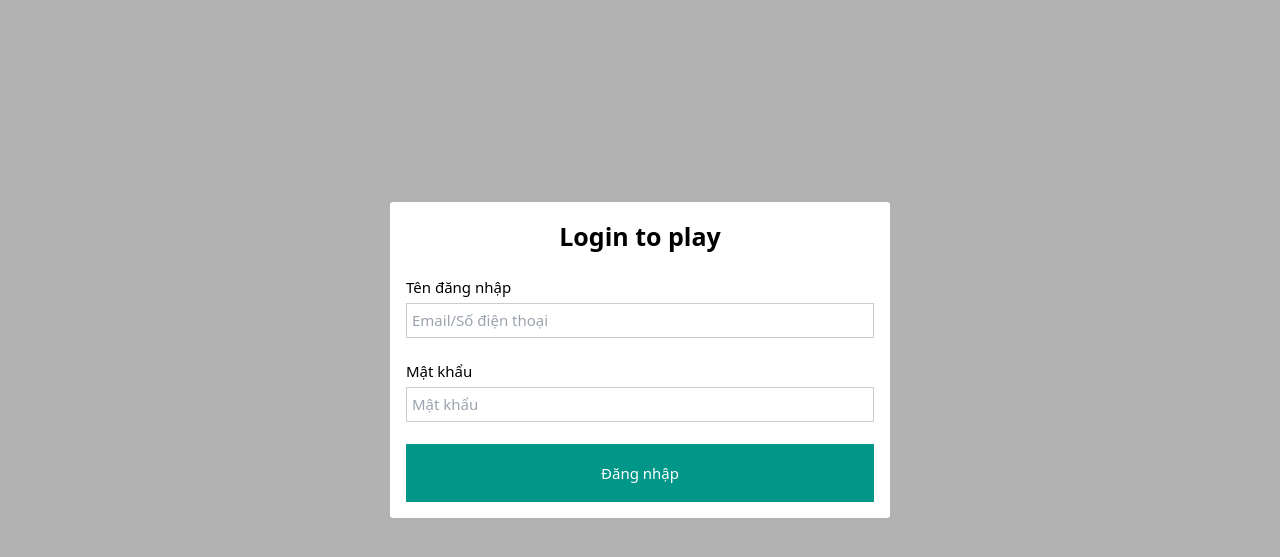
Repository: Teddy1705/demo_pj
Page: /
The author's editor kept a copy of each file at every save. The page is drawn from the files as they stood at one save, then again after a run of saves.
The browser window is 1280 px wide. The pictures show the whole page.
The project was rebuilt for these pictures with package versions that can differ from the ones it lists, and the page was loaded fresh each time. Also part of the build but not shown: vite.config.js.

Above is the page before, as saved 2024-04-16 10:03:25.

### index.html
<!DOCTYPE html>
<html lang="en">
  <head>
    <meta charset="UTF-8" />
    <link rel="icon" type="image/svg+xml" href="/vite.svg" />
    <meta name="viewport" content="width=device-width, initial-scale=1.0" />
    <title>Tic Tac Toe</title>
    <link rel="stylesheet" href="./src/index.css" />
  </head>
  <body>
    <div id="root"></div>
    <script type="module" src="/src/main.jsx"></script>
  </body>
</html>

### src/index.css
:root {
  --white-color: #fff;
  --black-color: #000;
}

/*
1. Prevent padding and border from affecting element width. (https://github.com/mozdevs/cssremedy/issues/4)
2. Allow adding a border to an element by just adding a border-width. (https://github.com/tailwindcss/tailwindcss/pull/116)
*/

*,
::before,
::after {
  box-sizing: border-box;
  /* 1 */
  border-width: 0;
  /* 2 */
  border-style: solid;
  /* 2 */
  border-color: #e5e7eb;
  /* 2 */
}

::before,
::after {
  --tw-content: "";
}

/*
1. Use a consistent sensible line-height in all browsers.
2. Prevent adjustments of font size after orientation changes in iOS.
3. Use a more readable tab size.
4. Use the user's configured `sans` font-family by default.
5. Use the user's configured `sans` font-feature-settings by default.
6. Use the user's configured `sans` font-variation-settings by default.
7. Disable tap highlights on iOS
*/

html,
:host {
  line-height: 1.5;
  /* 1 */
  -webkit-text-size-adjust: 100%;
  /* 2 */
  -moz-tab-size: 4;
  /* 3 */
  -o-tab-size: 4;
  tab-size: 4;
  /* 3 */
  font-family: ui-sans-serif, system-ui, sans-serif, "Apple Color Emoji",
    "Segoe UI Emoji", "Segoe UI Symbol", "Noto Color Emoji";
  /* 4 */
  font-feature-settings: normal;
  /* 5 */
  font-variation-settings: normal;
  /* 6 */
  -webkit-tap-highlight-color: transparent;
  /* 7 */
}

/*
1. Remove the margin in all browsers.
2. Inherit line-height from `html` so users can set them as a class directly on the `html` element.
*/

body {
  margin: 0;
  /* 1 */
  line-height: inherit;
  /* 2 */
}

/*
1. Add the correct height in Firefox.
2. Correct the inheritance of border color in Firefox. (https://bugzilla.mozilla.org/show_bug.cgi?id=190655)
3. Ensure horizontal rules are visible by default.
*/

hr {
  height: 0;
  /* 1 */
  color: inherit;
  /* 2 */
  border-top-width: 1px;
  /* 3 */
}

/*
Add the correct text decoration in Chrome, Edge, and Safari.
*/

abbr:where([title]) {
  -webkit-text-decoration: underline dotted;
  text-decoration: underline dotted;
}

/*
Remove the default font size and weight for headings.
*/

h1,
h2,
h3,
h4,
h5,
h6 {
  font-size: inherit;
  font-weight: inherit;
}

/*
Reset links to optimize for opt-in styling instead of opt-out.
*/

a {
  color: inherit;
  text-decoration: inherit;
}

/*
Add the correct font weight in Edge and Safari.
*/

b,
strong {
  font-weight: bolder;
}

/*
1. Use the user's configured `mono` font-family by default.
2. Use the user's configured `mono` font-feature-settings by default.
3. Use the user's configured `mono` font-variation-settings by default.
4. Correct the odd `em` font sizing in all browsers.
*/

code,
kbd,
samp,
pre {
  font-family: ui-monospace, SFMono-Regular, Menlo, Monaco, Consolas,
    "Liberation Mono", "Courier New", monospace;
  /* 1 */
  font-feature-settings: normal;
  /* 2 */
  font-variation-settings: normal;
  /* 3 */
  font-size: 1em;
  /* 4 */
}

/*
Add the correct font size in all browsers.
*/

small {
  font-size: 80%;
}

/*
Prevent `sub` and `sup` elements from affecting the line height in all browsers.
*/

sub,
sup {
  font-size: 75%;
  line-height: 0;
  position: relative;
  vertical-align: baseline;
}

sub {
  bottom: -0.25em;
}

sup {
  top: -0.5em;
}

/*
1. Remove text indentation from table contents in Chrome and Safari. (https://bugs.chromium.org/p/chromium/issues/detail?id=999088, https://bugs.webkit.org/show_bug.cgi?id=201297)
2. Correct table border color inheritance in all Chrome and Safari. (https://bugs.chromium.org/p/chromium/issues/detail?id=935729, https://bugs.webkit.org/show_bug.cgi?id=195016)
3. Remove gaps between table borders by default.
*/

table {
  text-indent: 0;
  /* 1 */
  border-color: inherit;
  /* 2 */
  border-collapse: collapse;
  /* 3 */
}

/*
1. Change the font styles in all browsers.
2. Remove the margin in Firefox and Safari.
3. Remove default padding in all browsers.
*/

button,
input,
optgroup,
select,
textarea {
  font-family: inherit;
  /* 1 */
  font-feature-settings: inherit;
  /* 1 */
  font-variation-settings: inherit;
  /* 1 */
  font-size: 100%;
  /* 1 */
  font-weight: inherit;
  /* 1 */
  line-height: inherit;
  /* 1 */
  letter-spacing: inherit;
  /* 1 */
  color: inherit;
  /* 1 */
  margin: 0;
  /* 2 */
  padding: 0;
  /* 3 */
}

/*
Remove the inheritance of text transform in Edge and Firefox.
*/

button,
select {
  text-transform: none;
}

/*
1. Correct the inability to style clickable types in iOS and Safari.
2. Remove default button styles.
*/

button,
input:where([type="button"]),
input:where([type="reset"]),
input:where([type="submit"]) {
  -webkit-appearance: button;
  /* 1 */
  background-color: transparent;
  /* 2 */
  background-image: none;
  /* 2 */
}

/*
Use the modern Firefox focus style for all focusable elements.
*/

:-moz-focusring {
  outline: auto;
}

/*
Remove the additional `:invalid` styles in Firefox. (https://github.com/mozilla/gecko-dev/blob/2f9eacd9d3d995c937b4251a5557d95d494c9be1/layout/style/res/forms.css#L728-L737)
*/

:-moz-ui-invalid {
  box-shadow: none;
}

/*
Add the correct vertical alignment in Chrome and Firefox.
*/

progress {
  vertical-align: baseline;
}

/*
Correct the cursor style of increment and decrement buttons in Safari.
*/

::-webkit-inner-spin-button,
::-webkit-outer-spin-button {
  height: auto;
}

/*
1. Correct the odd appearance in Chrome and Safari.
2. Correct the outline style in Safari.
*/

[type="search"] {
  -webkit-appearance: textfield;
  /* 1 */
  outline-offset: -2px;
  /* 2 */
}

/*
Remove the inner padding in Chrome and Safari on macOS.
*/

::-webkit-search-decoration {
  -webkit-appearance: none;
}

/*
1. Correct the inability to style clickable types in iOS and Safari.
2. Change font properties to `inherit` in Safari.
*/

::-webkit-file-upload-button {
  -webkit-appearance: button;
  /* 1 */
  font: inherit;
  /* 2 */
}

/*
Add the correct display in Chrome and Safari.
*/

summary {
  display: list-item;
}

/*
Removes the default spacing and border for appropriate elements.
*/

blockquote,
dl,
dd,
h1,
h2,
h3,
h4,
h5,
h6,
hr,
figure,
p,
pre {
  margin: 0;
}

fieldset {
  margin: 0;
  padding: 0;
}

legend {
  padding: 0;
}

ol,
ul,
menu {
  list-style: none;
  margin: 0;
  padding: 0;
}

/*
Reset default styling for dialogs.
*/

dialog {
  padding: 0;
}

/*
Prevent resizing textareas horizontally by default.
*/

textarea {
  resize: vertical;
}

/*
1. Reset the default placeholder opacity in Firefox. (https://github.com/tailwindlabs/tailwindcss/issues/3300)
2. Set the default placeholder color to the user's configured gray 400 color.
*/

input::-moz-placeholder,
textarea::-moz-placeholder {
  opacity: 1;
  /* 1 */
  color: #9ca3af;
  /* 2 */
}

input::placeholder,
textarea::placeholder {
  opacity: 1;
  /* 1 */
  color: #9ca3af;
  /* 2 */
}

/*
Set the default cursor for buttons.
*/

button,
[role="button"] {
  cursor: pointer;
}

/*
Make sure disabled buttons don't get the pointer cursor.
*/

:disabled {
  cursor: default;
}

/*
1. Make replaced elements `display: block` by default. (https://github.com/mozdevs/cssremedy/issues/14)
2. Add `vertical-align: middle` to align replaced elements more sensibly by default. (https://github.com/jensimmons/cssremedy/issues/14#issuecomment-634934210)
   This can trigger a poorly considered lint error in some tools but is included by design.
*/

img,
svg,
video,
canvas,
audio,
iframe,
embed,
object {
  display: block;
  /* 1 */
  vertical-align: middle;
  /* 2 */
}

/*
Constrain images and videos to the parent width and preserve their intrinsic aspect ratio. (https://github.com/mozdevs/cssremedy/issues/14)
*/

img,
video {
  max-width: 100%;
  height: auto;
}

/* Make elements with the HTML hidden attribute stay hidden by default */

[hidden] {
  display: none;
}

*,
::before,
::after {
  --tw-border-spacing-x: 0;
  --tw-border-spacing-y: 0;
  --tw-translate-x: 0;
  --tw-translate-y: 0;
  --tw-rotate: 0;
  --tw-skew-x: 0;
  --tw-skew-y: 0;
  --tw-scale-x: 1;
  --tw-scale-y: 1;
  --tw-pan-x: ;
  --tw-pan-y: ;
  --tw-pinch-zoom: ;
  --tw-scroll-snap-strictness: proximity;
  --tw-gradient-from-position: ;
  --tw-gradient-via-position: ;
  --tw-gradient-to-position: ;
  --tw-ordinal: ;
  --tw-slashed-zero: ;
  --tw-numeric-figure: ;
  --tw-numeric-spacing: ;
  --tw-numeric-fraction: ;
  --tw-ring-inset: ;
  --tw-ring-offset-width: 0px;
  --tw-ring-offset-color: #fff;
  --tw-ring-color: rgb(59 130 246 / 0.5);
  --tw-ring-offset-shadow: 0 0 #0000;
  --tw-ring-shadow: 0 0 #0000;
  --tw-shadow: 0 0 #0000;
  --tw-shadow-colored: 0 0 #0000;
  --tw-blur: ;
  --tw-brightness: ;
  --tw-contrast: ;
  --tw-grayscale: ;
  --tw-hue-rotate: ;
  --tw-invert: ;
  --tw-saturate: ;
  --tw-sepia: ;
  --tw-drop-shadow: ;
  --tw-backdrop-blur: ;
  --tw-backdrop-brightness: ;
  --tw-backdrop-contrast: ;
  --tw-backdrop-grayscale: ;
  --tw-backdrop-hue-rotate: ;
  --tw-backdrop-invert: ;
  --tw-backdrop-opacity: ;
  --tw-backdrop-saturate: ;
  --tw-backdrop-sepia: ;
  --tw-contain-size: ;
  --tw-contain-layout: ;
  --tw-contain-paint: ;
  --tw-contain-style: ;
}

::backdrop {
  --tw-border-spacing-x: 0;
  --tw-border-spacing-y: 0;
  --tw-translate-x: 0;
  --tw-translate-y: 0;
  --tw-rotate: 0;
  --tw-skew-x: 0;
  --tw-skew-y: 0;
  --tw-scale-x: 1;
  --tw-scale-y: 1;
  --tw-pan-x: ;
  --tw-pan-y: ;
  --tw-pinch-zoom: ;
  --tw-scroll-snap-strictness: proximity;
  --tw-gradient-from-position: ;
  --tw-gradient-via-position: ;
  --tw-gradient-to-position: ;
  --tw-ordinal: ;
  --tw-slashed-zero: ;
  --tw-numeric-figure: ;
  --tw-numeric-spacing: ;
  --tw-numeric-fraction: ;
  --tw-ring-inset: ;
  --tw-ring-offset-width: 0px;
  --tw-ring-offset-color: #fff;
  --tw-ring-color: rgb(59 130 246 / 0.5);
  --tw-ring-offset-shadow: 0 0 #0000;
  --tw-ring-shadow: 0 0 #0000;
  --tw-shadow: 0 0 #0000;
  --tw-shadow-colored: 0 0 #0000;
  --tw-blur: ;
  --tw-brightness: ;
  --tw-contrast: ;
  --tw-grayscale: ;
  --tw-hue-rotate: ;
  --tw-invert: ;
  --tw-saturate: ;
  --tw-sepia: ;
  --tw-drop-shadow: ;
  --tw-backdrop-blur: ;
  --tw-backdrop-brightness: ;
  --tw-backdrop-contrast: ;
  --tw-backdrop-grayscale: ;
  --tw-backdrop-hue-rotate: ;
  --tw-backdrop-invert: ;
  --tw-backdrop-opacity: ;
  --tw-backdrop-saturate: ;
  --tw-backdrop-sepia: ;
  --tw-contain-size: ;
  --tw-contain-layout: ;
  --tw-contain-paint: ;
  --tw-contain-style: ;
}

#modal {
  position: fixed;
  top: 0;
  right: 0;
  bottom: 0;
  left: 0;
  display: flex;
  align-items: center;
  justify-content: center;
}

#modal .modal__overlay {
  position: absolute;
  width: 100%;
  height: 100%;
  background-color: rgba(0, 0, 0, 0.3);
}

#modal .modal__body {
  position: relative;
  background-color: var(--white-color);
  margin: auto;
  width: 500px;
  min-height: 300px;
  padding: 16px;
  border-radius: 3px;
}

.auth-form {
}

.auth-form__heading {
  font-size: 25px;
  font-weight: 700;
  text-align: center;
  margin-bottom: 20px;
}

.auth-form__info {
}

.auth-form__info-details {
}

.auth-form__label {
  display: block;
  font-size: 15px;
  font-weight: 500;
}

.auth-form__info-input {
  border: 1px solid #ccc;
  width: 100%;
  font-size: 15px;
  padding: 5px;
  margin: 5px 0 22px;
}

.auth-form__btn {
  width: 100%;
  background-color: #009688;
  color: #fff;
  font-size: 15px;
  padding: 18px;
}

### src/main.jsx
import React from "react";
import ReactDOM from "react-dom/client";
import App from "./App.jsx";
import { createBrowserRouter, RouterProvider } from "react-router-dom";
import Root from "./routes/root";
import "./index.css";

const router = createBrowserRouter([
  {
    path: "/",
    element: <Root />,
  },
]);

ReactDOM.createRoot(document.getElementById("root")).render(
  <React.StrictMode>
    <RouterProvider router={router} />
    <App />
  </React.StrictMode>
);

### src/routes/root.jsx
export default function Root() {
  return (
    <>
      <div id="modal">
        <div className="modal__overlay"></div>
        <div className="modal__body">
          <div className="auth-form">
            <h1 className="auth-form__heading">Login to play</h1>
            <div className="auth-form__info">
              <div className="auth-form__info-details">
                <label htmlFor="" className="auth-form__label">
                  Tên đăng nhập
                </label>
                <input
                  type="text"
                  className="auth-form__info-input"
                  placeholder="Email/Số điện thoại"
                />
              </div>
              <div className="auth-form__info-details">
                <label htmlFor="" className="auth-form__label">
                  Mật khẩu
                </label>
                <input
                  type="password"
                  className="auth-form__info-input"
                  placeholder="Mật khẩu"
                />
              </div>
            </div>
            <button className="auth-form__btn">
              <a
                href={`https://codesandbox.io/s/q2z497?file=%2Fsrc%2FApp.js&utm_medium=sandpack`}
                className=""
              >
                Đăng nhập
              </a>
            </button>
          </div>
        </div>
      </div>
      <div id="detail"></div>
    </>
  );
}

Loaded but not shown: src/App.jsx (common file)

After the next 2 saves:
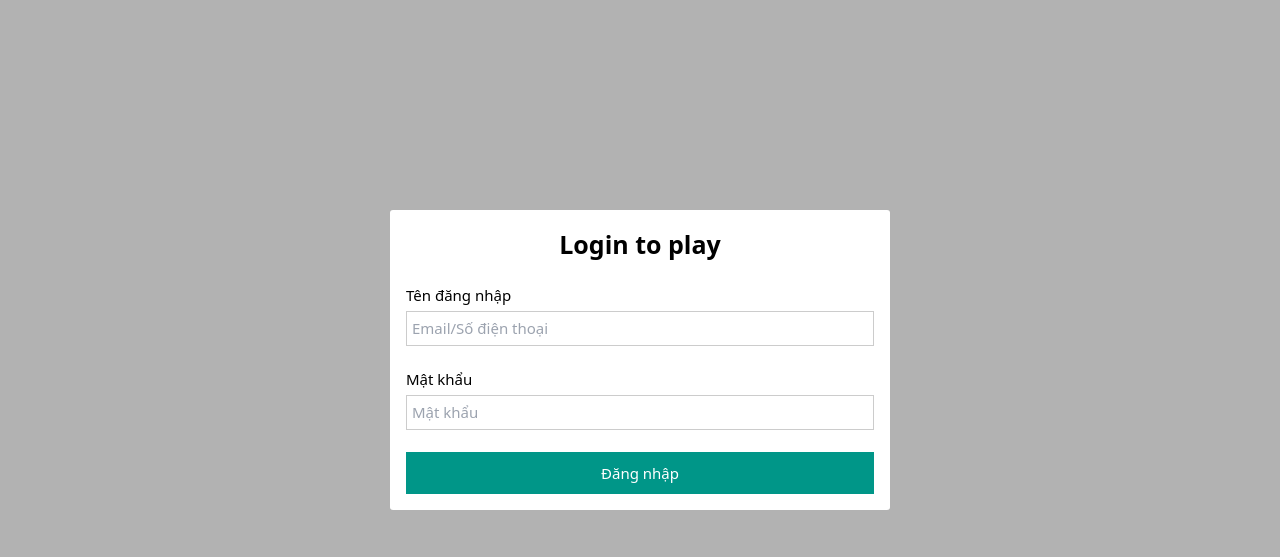
The 2 saves are shown as one change because they came seconds apart.
The last was saved 8 s later.
--- a/src/index.css
+++ b/src/index.css
@@ -623,5 +623,5 @@ video {
   background-color: #009688;
   color: #fff;
   font-size: 15px;
-  padding: 18px;
-}
+  padding: 10px;
+}
